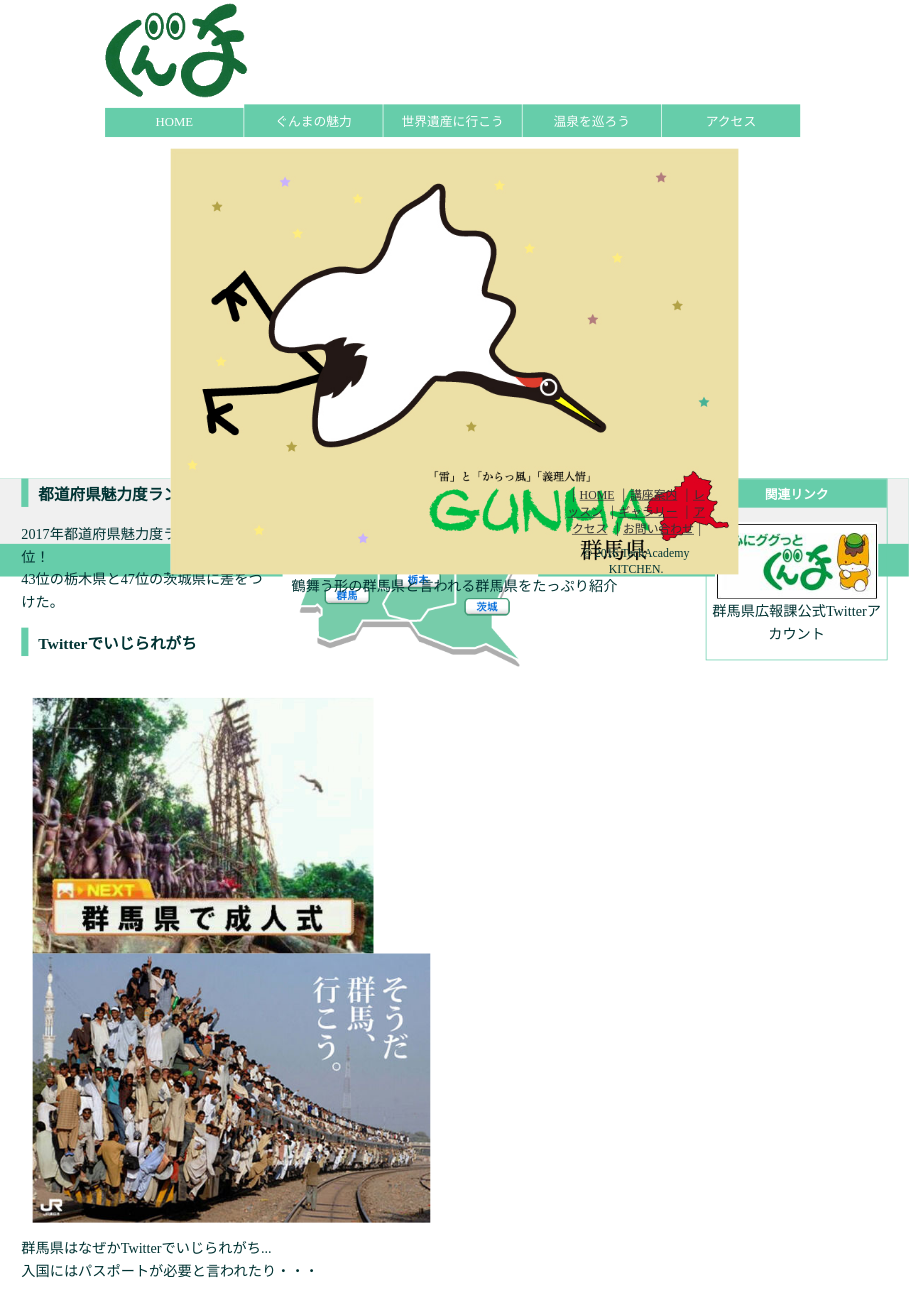
Repository: erinakatagiri/gomi
Page: gunma/Gunma.html
The author's editor kept a record of every edit. The page is drawn from the files as they stood at one moment, then again after the next edit.
The browser window is 1280 px wide. The pictures show the whole page, at 71% of full size.

Above is the page before.

### gunma/Gunma.html
<!DOCTYPE html>
<html lang="ja"
    <head>
        <meta charset="UTF-8">
        <title>Gunma</title>
        <link rel="stylesheet" href="Gunma.css"
    </head>
    <body>
        <!--ここからヘッダー-->
        <header>
            <h1><a href="GUnma.html"><img src="images_gunma/logo.gif" alt="ぐんま"></a></h1>
            <nav id="global_navi">
                <ul>
                    <li class="current"><a href="Gunma.html">HOME</a></li>
                    <li><a href="miryoku.html">ぐんまの魅力</a></li>
                    <li><a href="sekaiisan.html">世界遺産に行こう</a></li>
                    <li><a href="onsen.html">温泉を巡ろう</a></li>
                    <li><a href="access.html">アクセス</a></li>
                </ul>
            </nav>
        </header>
               <div id="main_visual">
            <img src="images_gunma/tsuru.jpg" alt="鶴">
            <p>鶴舞う形の群馬県と言われる群馬県をたっぷり紹介</p>
        </div>
               <div id="wrapper">
            <div id="main">
                <section id="point">
                    <h2群馬県はどんなところ？</h2>
                    <section>
                        <h3>都道府県魅力度ランキングで北関東1位</h3>
                        <figure>
                            <img src="images_gunma/kkanto.gif" alt="北関東">
                        </figure>
                        <p>
                            2017年都道府県魅力度ランキングで41位！<br>
                            43位の栃木県と47位の茨城県に差をつけた。<br>
                    </section>
                    <section>
                        <h3>Twitterでいじられがち</h3>
                        <figure>
                            <img src="images_gunma/seijinshiki.jpg" alt="群馬の成人式">
                            <img src="images_gunma/gunmahe.jpg" alt="群馬へ行こう">

                        </figure>
                        <p>
                            群馬県はなぜかTwitterでいじられがち...<br>
                            入国にはパスポートが必要と言われたり・・・
                        </p>
                    </section>
                </section>
            </div>
            <!--メインここまで-->
            <!--ここからサイド-->
            <aside id="sidebar">
                <section id="side_banner">
                    <h2>関連リンク</h2>
                    <ul>
                        <li>
                            <a href="https://twitter.com/gunmapref_koho"><img src="images_gunma/kokoro.jpg" alt="Twitter"></a>
                            <p>群馬県広報課公式Twitterアカウント</p>
                        </li>
                    </ul>
                </section>
            </aside>
            <!--サイドここまで-->
        </div>
        <!--wrapperここまで-->
        <!--ここからフッター-->
        <footer>
            <div id="footer_navi">
                <ul>
                    <li><a href="kitchen.html">HOME</a></li>
                    <li><a href="course.html">講座案内</a></li>
                    <li><a href="lesson.html">レッスン</a></li>
                    <li><a href="gallery.html">ギャラリー</a></li>
                    <li><a href="access.html">アクセス</a></li>
                    <li><a href="contact.html">お問い合わせ</a></li>
                </ul>
            </div>
            <small>&copy; 2016 TechAcademy KITCHEN.</small>
        </footer>
        <!--フッターここまで-->
    </body>
</html>

### gunma/Gunma.css
@charset "UTF-8";

body{
    margin: 0;
    padding: 0;
    color: #033;
    font-size: 20px;
}
a {
    color: #333;
}
a: visited {
    color: #dc143c;
}
a:hover {
    color: #333;
    font-weight: 700;
    text-decoration: none;
}
h1,h2,h3,h4,h5,h6 {
    margin-top: 0;
}
p {
    margin-top: 0;
    line-height: 1.6;
}
img {
    vertical-align: bottom;
}
#main h2 {
    background: #fff;
    font-size: 25px;
    padding: 8px 22px;
    border-radius: 2px;
    border: 3px solid #7fffd4;
    margin-bottom: 30px
}
#main h3 {
    font-size: 16px;
    border-left: solid 10px #66cdaa;
    padding: 4px 9px 4px 14px;
}
header {
    width: 984px;
    margin: 0 auto;
}
header h1 {
    margin: 5px 0 10px;
}
#global_navi {
    margin-bottom: 16px;
}
#global_navi ul {
    font-size: 0;
    list-style: none;
    margin: 0;
    padding: 0;
}
#global_navi ul li {
    font-size: 18px;
    display: inline-block;
    width: 195px;
    margin-right: 1px;
    text-align: center;
}
#global_navi ul li a {
    display: block;
    padding: 10px 16px;
    background-color: #66cdaa;
    color: #fff;
    text-decoration: none;
    transition: background-color .2s linear;
}

#main_visual{
    text-align: center;
    width: 984px;
    height: 440px;
    margin: 0 auto 25px;
}
}
#intro{
    font-size: 22px;
    color: #2e8b57;
    text-align: center;
    margin-top: 20px;
}
#point h2{
    text-align: center;
}
#point h3{
    font-size: 22px;
}
#point figure{
    float: right;
    margin-left: 16px;
}
.clearfix::after {
    content: '';
    display: block;
    clear: both;
}
#body{
    width: 984px;
}
#main{
    width: 60%;
    float: left;
    margin-left: 30px;
}
#sidebar{
    width: 20%;
    float: right;
    margin-right: 30px;
}
#side_banner ul {
    list-style: none;
    padding: 0;
}

#side_banner {
    margin-bottom: 30px;
    border: 1px solid #66cdaa;
    text-align: center;
}

#side_banner h2 {
    background-color: #66cdaa;
    color: #fff;
    padding: 7px;
    font-size: 18px;
    text-align: center;
}
footer #footer_navi ul {
    list-style: none;
    margin: 0;
    padding: 0;
    text-align: center;
}
footer {
    background-color: #66cdaa;
    text-align: center;
}
footer #footer_navi {
    background-color: #f0f0f0;
    padding: 10px 0;
}
footer #footer_navi li {
    display: inline;
    border-left: solid 1px #333;
    margin-left: 8px;
    padding-left: 8px;
    font-size: smaller;
}

footer #footer_navi li:last-child {
  border-right: solid 1px #333;
  padding: 0 8px;
}

After the next edit:
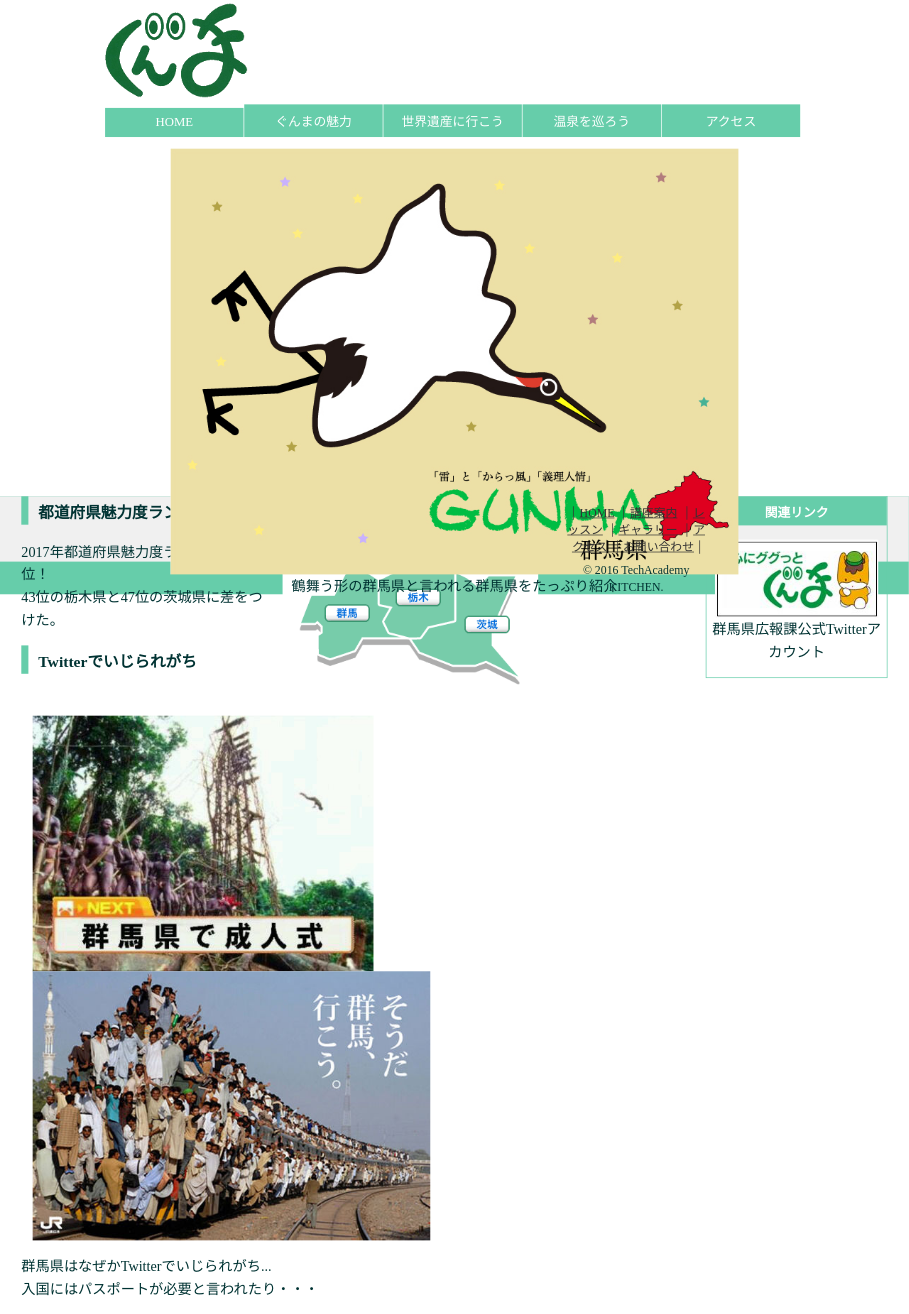
The edit:
--- a/gunma/Gunma.css
+++ b/gunma/Gunma.css
@@ -76,8 +76,7 @@
     text-align: center;
     width: 984px;
     height: 440px;
-    margin: 0 auto 25px;
-}
+    margin: 0 auto 50px;
 }
 #intro{
     font-size: 22px;
